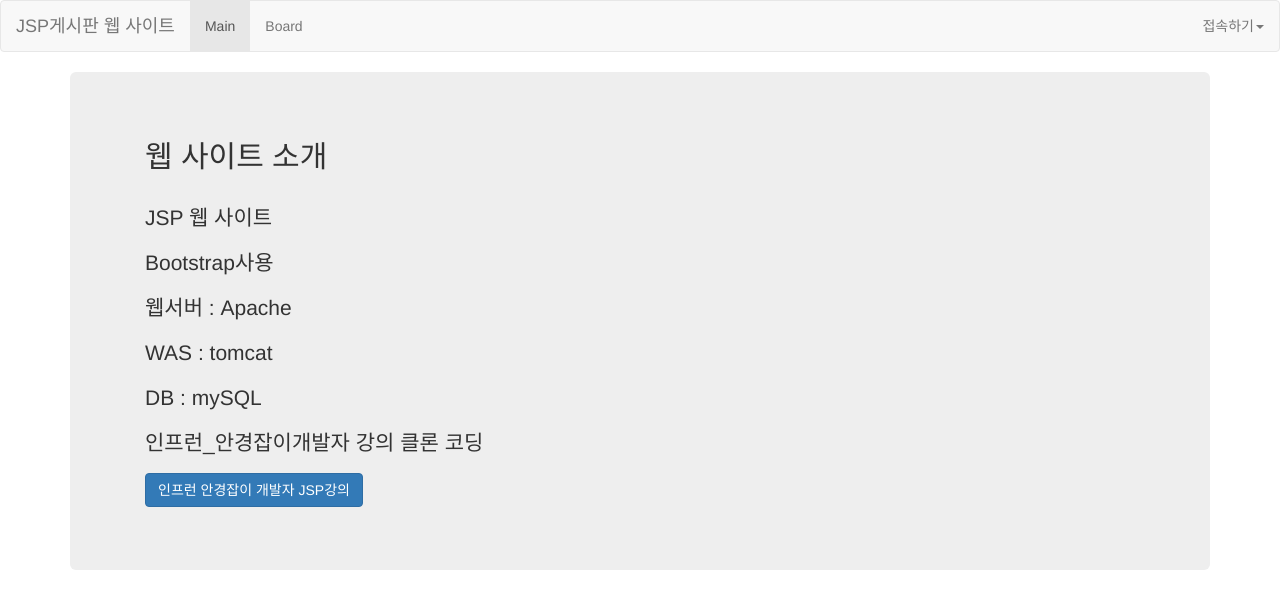
Repository: kwonsye/JSP_Board
Page: http://localhost/BBS/main.jsp
The author's editor kept a copy of each file at every save. The page is drawn from the files as they stood at one save, then again after the next save.
The browser window is 1280 px wide. The pictures show the whole page.
Some web libraries are served in a nearby version. The page is served by Tomcat 9.

Above is the page before, as saved 2019-01-06 15:57:26.

After the next save:
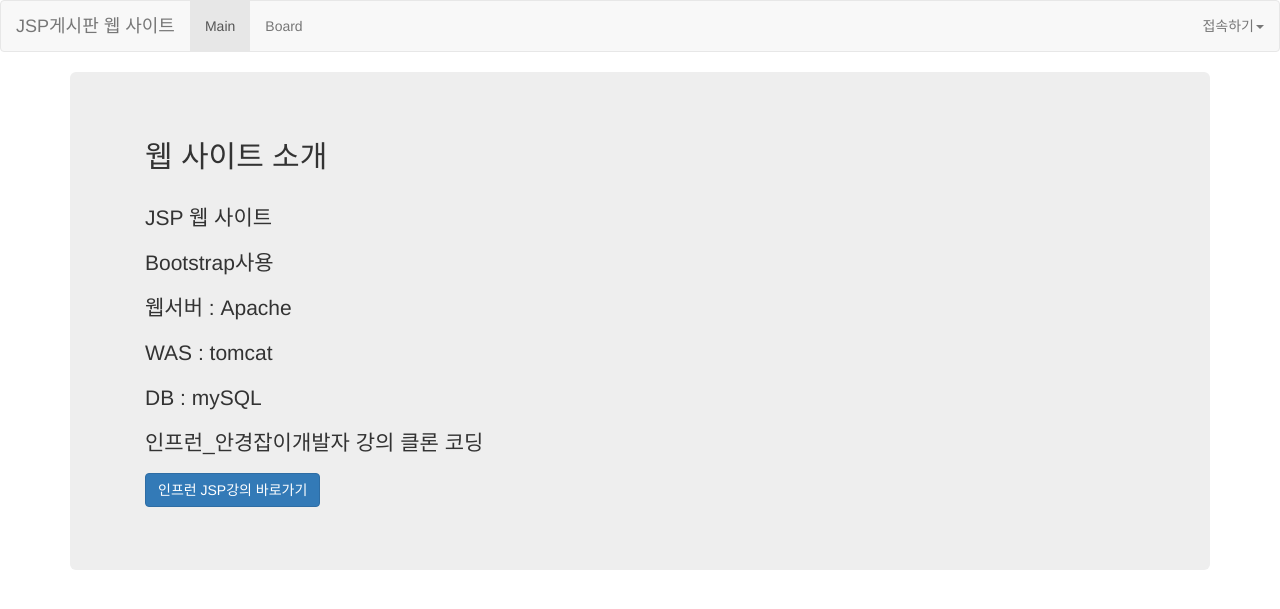
Saved 24 s later.
--- a/projects/BBS/WebContent/main.jsp
+++ b/projects/BBS/WebContent/main.jsp
@@ -84,7 +84,7 @@
 				<p>WAS : tomcat</p>
 				<p>DB : mySQL</p>
 				<p>인프런_안경잡이개발자 강의 클론 코딩</p>
-				<p><a class="btn btn-primary btn-pull" href="https://www.inflearn.com/course/jsp-게시판" role="button">인프런 안경잡이 개발자 JSP강의</a></p>
+				<p><a class="btn btn-primary btn-pull" href="https://www.inflearn.com/course/jsp-게시판" role="button">인프런 JSP강의 바로가기</a></p>
 
 			</div>
 		</div>
